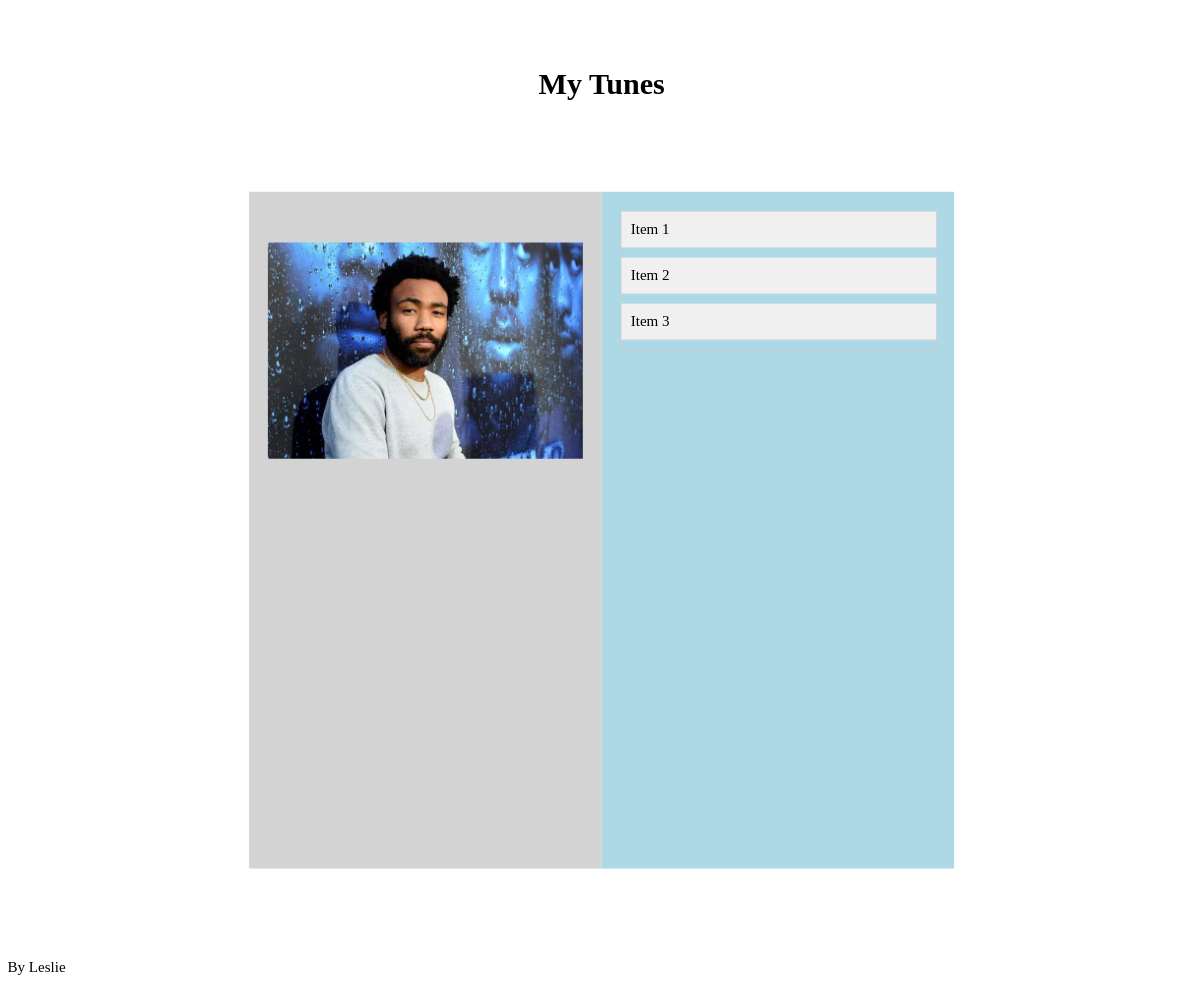
Repository: leslie179/labOne
Page: /
The author's editor kept a copy of each file at every save. The page is drawn from the files as they stood at one save, then again after the next save.
The browser window is 1280 px wide. The pictures show the whole page, at 94% of full size.
The project was rebuilt for these pictures with package versions that can differ from the ones it lists, and the page was loaded fresh each time. The framework's server and built-in components were replaced by stand-ins that run in the browser. Also part of the build but not shown: next.config.js, components/Footer/Footer.module.css.

Above is the page before, as saved 2024-09-15 22:05:16.

After the next save:
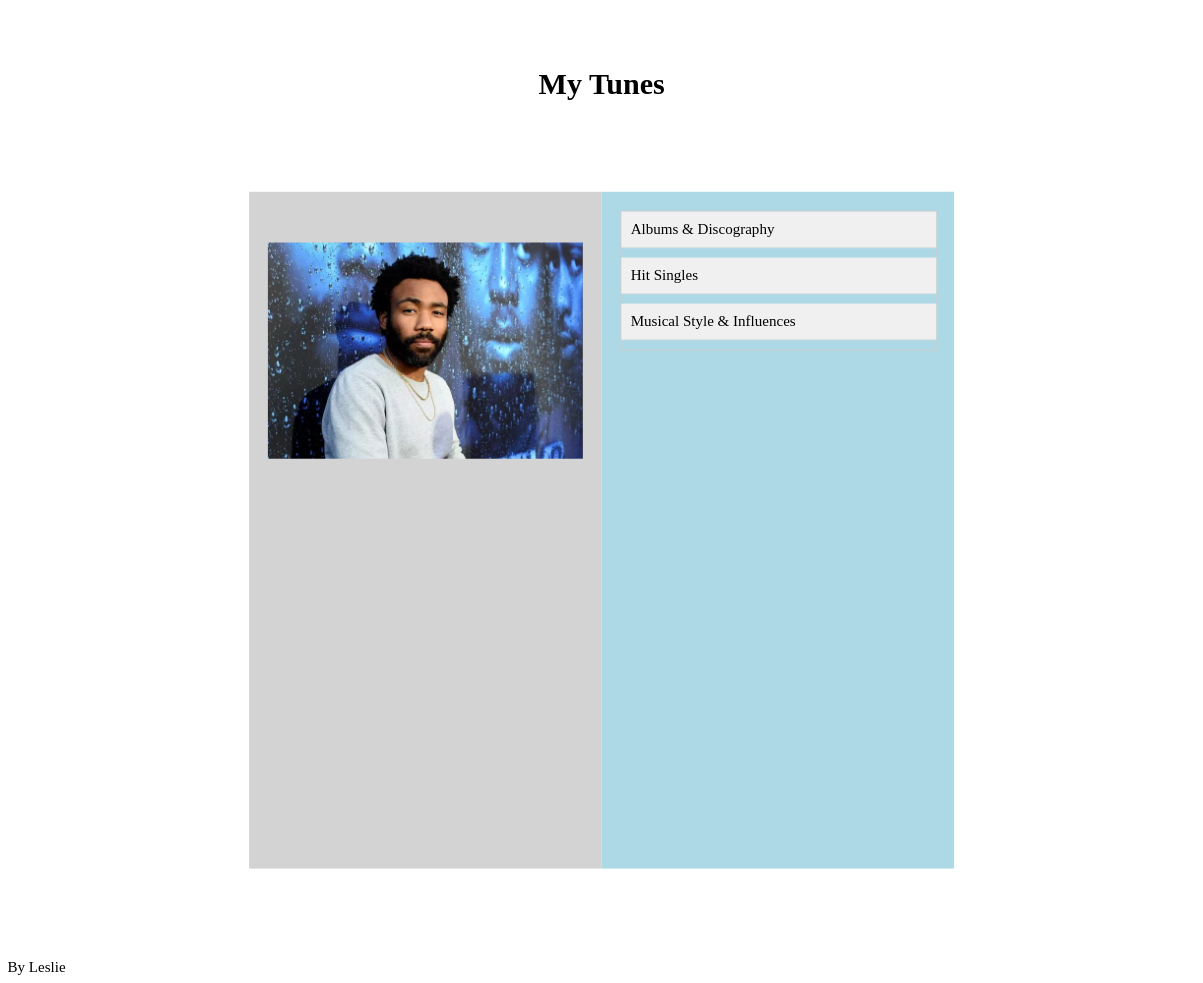
Saved 106 s later.
--- a/components/RightComponent/index.js
+++ b/components/RightComponent/index.js
@@ -1,5 +1,5 @@
+import { useState } from 'react';
 import styles from './RightComponent.module.css';
-import { useState } from 'react';
 
 export default function RightComponent() {
     const [activeIndex, setActiveIndex] = useState(null);
@@ -8,20 +8,21 @@ export default function RightComponent() {
         setActiveIndex(activeIndex === index ? null : index);
     };
 
+    const categories = [
+        { title: 'Albums & Discography', content: 'Childish Gambino’s albums like *Camp*, *Because the Internet*, *"Awaken, My Love!"*, and *3.15.20* show his evolution in music.' },
+        { title: 'Hit Singles', content: 'Notable singles include "3005," "Redbone," and "This Is America," which won Grammys for its cultural impact.' },
+        { title: 'Musical Style & Influences', content: 'Gambino blends hip hop, soul, funk, and rock, drawing influence from Prince, OutKast, and more.' }
+    ];
+
     return (
         <div className={styles.accordion}>
-            {['Item 1', 'Item 2', 'Item 3'].map((item, index) => (
+            {categories.map((category, index) => (
                 <div key={index} className={styles.item}>
-                    <div
-                        className={styles.title}
-                        onClick={() => toggleAccordion(index)}
-                    >
-                        {item}
+                    <div className={styles.title} onClick={() => toggleAccordion(index)}>
+                        {category.title}
                     </div>
-                    <div
-                        className={`${styles.content} ${activeIndex === index ? styles.show : ''}`}
-                    >
-                        <p>This is the content for {item}.</p>
+                    <div className={`${styles.content} ${activeIndex === index ? styles.show : ''}`}>
+                        <p>{category.content}</p>
                     </div>
                 </div>
             ))}
